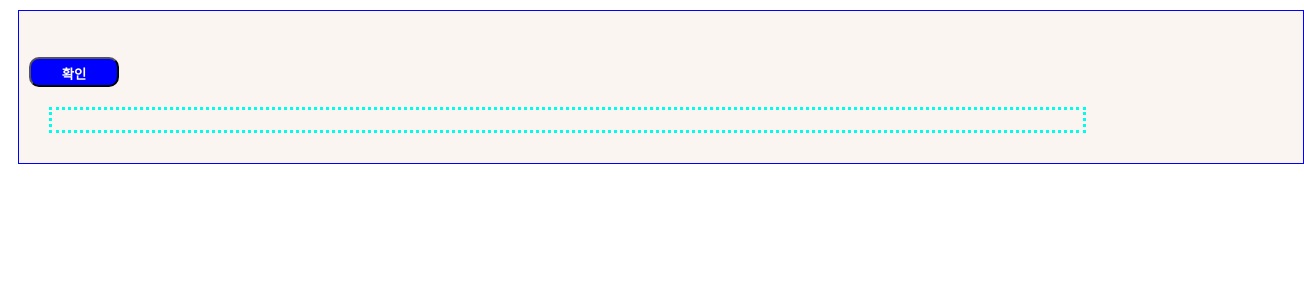
Repository: yul3220/WebProgrammingLecture
Page: jqpro/WebContent/2021-01-22/html_text메소드.html
The author's editor kept a copy of each file at every save. The page is drawn from the files as they stood at one save, then again after the next save.
The browser window is 1280 px wide. The page is 1304 px wide, so the pictures cover 1304 px, including what lies to the right of the window. The pictures show the whole page.

Above is the page before, as saved 2021-01-22 03:32:14.
Console error: ReferenceError: 달라기호 is not defined

### jqpro/WebContent/2021-01-22/html_text메소드.html
<!DOCTYPE html>
<html>
<head>
<meta charset="UTF-8">
<title>Insert title here</title>
<link rel="stylesheet" href="../css/public.css"/>
<script src="../js/jquery-3.5.1.min.js"></script>
<style>
</style>
<script>
	달라기호(document).ready(function(){

	})
</script>
</head>
<body>
<div class="box">

    <br><br>
    <input type="button" value="확인"/>

    <div id="result1"></div>
</div>
</body>
</html>

### jqpro/WebContent/css/public.css
@CHARSET "UTF-8";
pre{
	background-color : #c4f4f2;
	font-size : 14px;
	white-space: pre-wrap;

	/*
	   pre : 공백은 그대로 줄바꿈이 되지 않는다.
	   pre-wrap : 공백은 그대로 줄바꿈이 된다.
	   pre-line : 공백을 여러개 줘도 공백은 하나만 표시  줄바꿈된다.
	   nowrap : 공백을 여러개 줘도 공백은 하나만 표시 줄바꿈되지 않는다.

	*/
}

div.box {
	width : 100%;
	height : auto;
	margin : 10px;
	padding : 10px;
	border : 1px solid blue;
	background : #faf5f1;
}

.box input[type=button]{
    width : 90px;
    height: 30px;
    background: blue;
    color : white;
    padding : 5px 10px;
    border-radius: 10px;
    font-weight: bold;
	text-align: center;
}

.box div{
    width : 80%;
    height : auto;
    padding : 10px;
    border : 3px dotted #00ffeb;
    margin : 20px;
}

Loaded but not shown: jqpro/WebContent/js/jquery-3.5.1.min.js (library)

After the next save:
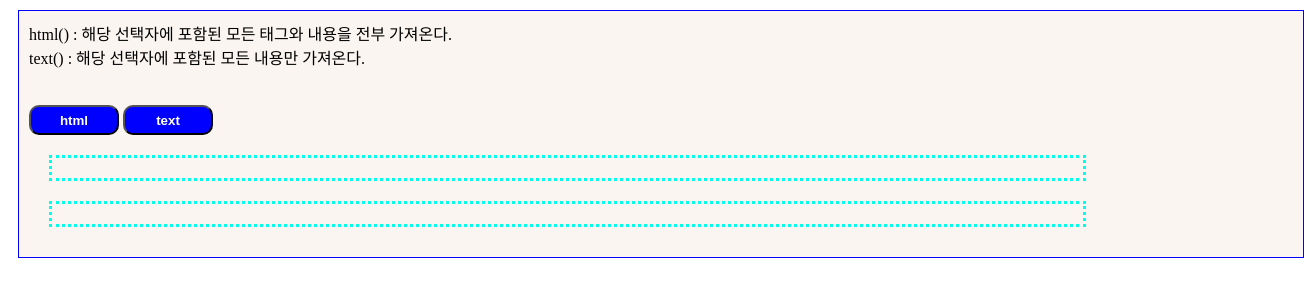
The error is gone.
Saved 10 s later.
--- a/jqpro/WebContent/2021-01-22/html_text메소드.html
+++ b/jqpro/WebContent/2021-01-22/html_text메소드.html
@@ -8,18 +8,42 @@
 <style>
 </style>
 <script>
-	달라기호(document).ready(function(){
+	$(function(){
+		$("input[value=html]").on("click", function(){
+			//alert($("body").html());
 
+			a = $("body").html();//get
+			//body안의 모든 태그를 포함한 내용을 가져오기
+
+			//result1에 body의 내용을 출력 -
+			$("#result1").html(a);//set
+			//html태그가 그대로 실행
+			//appendTo하기 위해서는 앞의 것이 객체여야 한다.
+			//똑같이 태그를 가져오기 때문에 같은 내용이 화면에서는 같은박스가 result1에 출력된다.
+
+		})
+
+		$("input[value=text]").on("click", function(){
+			//alert($("body").text());
+
+			a = $("body").text();//get
+			//
+
+			$("#result2").text(a);//set//html태그를 문자처럼 실행
+		})
 	})
 </script>
 </head>
 <body>
 <div class="box">
-
+    html() : 해당 선택자에 포함된 모든 태그와 내용을 전부 가져온다.<br>
+    text() : 해당 선택자에 포함된 모든 내용만 가져온다.<br>
     <br><br>
-    <input type="button" value="확인"/>
+    <input type="button" value="html"/>
+    <input type="button" value="text"/>
 
     <div id="result1"></div>
+    <div id="result2"></div>
 </div>
 </body>
 </html>
